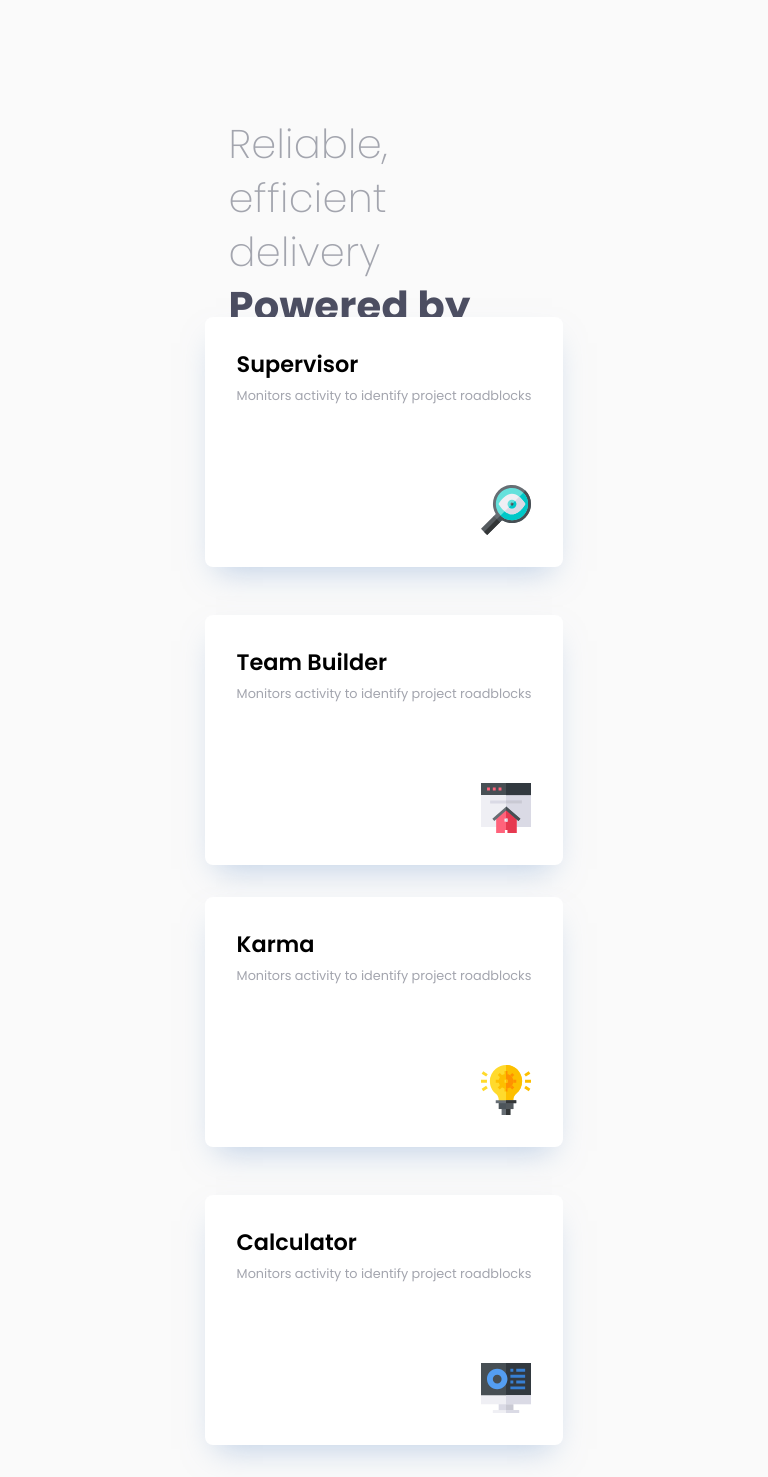
Repository: brandontaylor1/four-card-feature
Page: index.html
These files come from the project's save history. The page is drawn as it stood at one moment and after the next save; the edit follows.
The browser window is 768 px wide. The pictures show the whole page.

Above is the page before, as saved 2025-01-10 19:30:56.

After the next save:
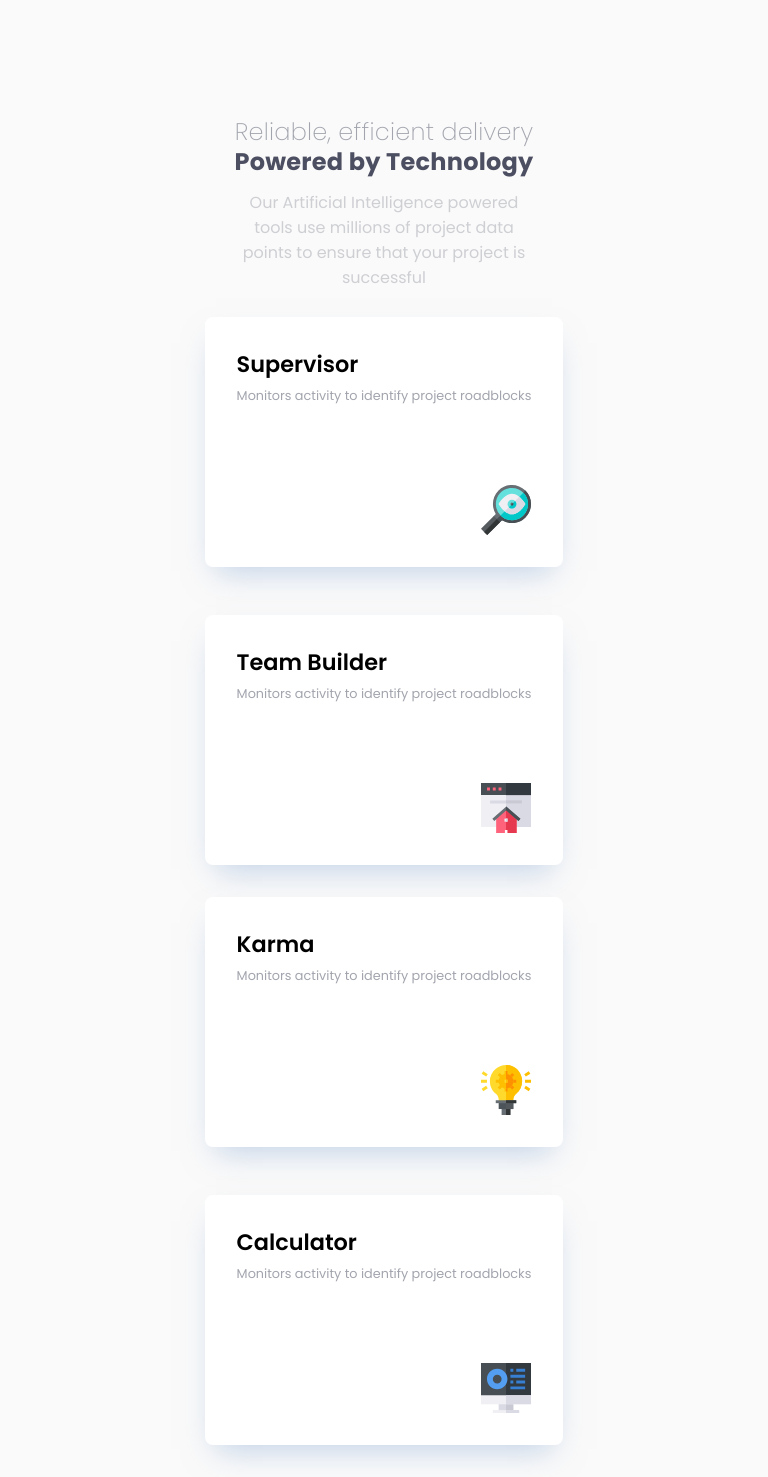
Saved 69 s later.
--- a/styles.css
+++ b/styles.css
@@ -123,6 +123,16 @@
         width: 311px;
     }
 
+    .page-content h1 {
+        font-size: 1.5rem;
+        line-height: 30px;
+    }
+
+    .page-content h2 {
+        font-size: 1.5rem;
+        line-height: 30px;
+    }
+
     .card {
         width: 100%;
     }
